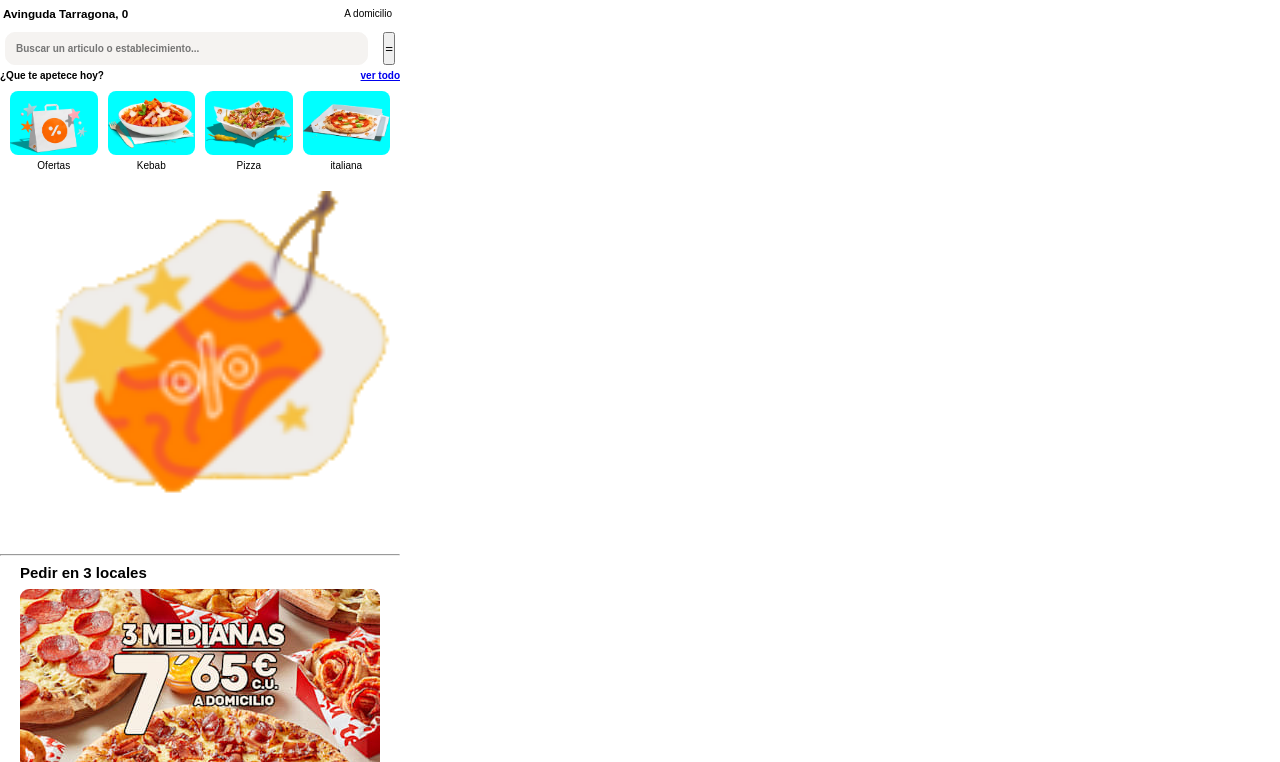
Repository: Srpinedaa/justEat
Page: index.html
The author's editor kept a copy of each file at every save. The page is drawn from the files as they stood at one save, then again after a run of saves.
The browser window is 1280 px wide. The pictures show the part of the page from y = 0 to 762 px (the page is 1348 px tall).
A picture or video elsewhere on the page could not be fetched, so the positions and the page height are approximate.

Above is the page before, as saved 2024-10-02 16:56:51.

### index.html
<!DOCTYPE html>
<html lang="en">

<head>
    <meta charset="UTF-8">
    <meta name="viewport" content="width=, initial-scale=1.0">
    <title>Just Eat</title>
    <link rel="stylesheet" href="css/estilos.css">
</head>

<body>
    <div id="all">
        <header>
            <div id="navDireccion">
                <h3 class="direccion">Avinguda Tarragona, 0</h3>
                <div class="formaPedido">
                    <p>A domicilio</p>
                </div>
            </div>

            <div id="navBuscador">
                <input type="text" placeholder="Buscar un articulo o establecimiento...">
                <button>=</button>
            </div>
        </header>
        <main>
            <div id="contenido">
                <div id="bloque1">
                    <section class="bloque1Sesion1">
                        <h4>¿Que te apetece hoy?</h4>
                        <h4><a href="#">ver todo</a></h4>
                    </section>
                    <section class="bloque1Sesion2">
                        <div class="fotoComida ofertas">
                            <img src="img/ofertas.png" alt="ofertas">
                            <p>Ofertas</p>
                        </div>
                        <div class="fotoComida kebab">
                            <img src="img/italiana.png" alt="italiana">
                            <p>Kebab</p>
                        </div>
                        <div class="fotoComida kebab1">
                            <img src="img/kebab.png" alt="kebab">
                            <p>Pizza</p>
                        </div>
                        <div class="fotoComida pizza">
                            <img src="img/pizza.png" alt="pizza">
                            <p>italiana</p>
                        </div>
                    </section>
                </div>
                <div id="bloque2">
                    <div id="slideShow">
                        <img src="img/descuento.png" alt="descuentos">
                    </div>
                </div>
                <hr>
                <div id="bloque3">
                    <h2>Pedir en 3 locales</h2>
                    <section class="bloquePedidos">
                        <div class="pedido">
                            <div class="imagenPedido">
                                <img src="img/pizza.jpg" alt="pizza">
                            </div>
                            <div class="informacionPedido">
                                <h5>Telepiza Tarrega</h5>
                                <p>4.0(27) · Pizza, italiana</p>
                                <p>25-40 mins 1.95€ entrega Min 13.95€</p>
                                <p>20% de descuentos en articulos selecionados</p>
                            </div>
                        </div>
                        <div class="pedido">
                            <div class="imagenPedido">
                                <img src="img/kebab1.png" alt="pizza">
                            </div>
                            <div class="informacionPedido">
                                <h5>Bon sabor</h5>
                                <p>4.5(26)</p>
                                <p>Kebab, pizza</p>
                                <p>929 m</p>
                            </div>
                        </div>
                        <div class="pedido">
                            <div class="imagenPedido">
                                <img src="img/kebab2.webp" alt="pizza">
                            </div>
                            <div class="informacionPedido">
                                <h5>Doner Kebab Rey</h5>
                                <p>3.7(3)</p>
                                <p>Kebab, pizza</p>
                                <p>1.6km</p>
                            </div>
                        </div>
                    </section>
                </div>
            </div>
        </main>
        <footer></footer>
    </div>
</body>

</html>

### css/estilos.css
*{
    margin: 0;
    padding: 0;
    box-sizing: border-box;
    font-family: sans-serif;
}

html{
    font-size: 62.5%;
}

#all{
    /* border: 1px solid red; */
    overflow: hidden;
    width: 40rem;

}

#navDireccion{
    /* border: 1px solid green; */
    display: flex;
    justify-content: space-between;
    margin-bottom: 9px;
    padding: 3px;
    align-items: center;
    margin: 0;
}

#navBuscador{
    padding: 5px;
    /* border: 1px solid blue; */
    display: flex;
    justify-content: space-between;
}

#navBuscador input{
    width: 93%;
    border-radius: 1rem;
    padding: 1rem;
    border: 1px solid #f5f3f1;
    background-color: #f5f3f1;
    font-size: 1rem;
    font-weight: bolder;

}

.buscador{
    /* border: 1px solid red; */
    border-radius: 7px;
    padding: 5px;
}


#slideShow{
    width: 100%;
    height: auto;
    margin-bottom: 2rem;
    padding: 5px;
    /* border: 1px solid cadetblue; */
}

#slideShow img{
    width: 100%;
    height: 100%;
}

.formaPedido{
    /* border: 1px solid red; */
    border-radius: 7px;
    padding: 5px;
}

#contenido{
    /* border: 1px solid green; */
}

#bloque1{
    /* border: 1px solid blue; */
    display: flex;
    flex-direction: column;
}

.bloque1Sesion1{
    /* border: 1px solid pink; */
    display: flex;
    justify-content: space-between;
}

.bloque1Sesion2{
    /* border: 1px solid brown; */
    display: flex;
    width: 100%;
    justify-content: space-between;
    padding: 5px;
}

.fotoComida{
    width: 20rem;
    height: auto;
    padding: 5px;
    display: flex;
    flex-direction: column;
    align-items: center;
}

.fotoComida img{
    width: 100%;
    height: 100%;
    border-radius: 8px;

    background-color: aqua;

    /* border: 1px solid salmon; */
}

.fotoComida p{
    margin: 5px 0;
}

#bloque3{
    margin-top: 8px;
}

#bloque3 h2{
    margin-bottom: 8px;
    margin-left: 2rem;
}

.bloquePedidos{
    /* border: 1px solid blue; */
}

.pedido{
    width: 100%;
    /* border: 1px solid green; */
    display: flex;
    flex-direction: column;
    border-radius: 8px;
    margin-bottom: 8px;
}

.imagenPedido{
    width: 36rem;
    /* border: 1px solid red; */
    display: flex;
    justify-content: center;
    align-items: center;
    height: 18rem;
    overflow: hidden;
    border-top-right-radius: 9px;
    border-top-left-radius: 9px;
    margin: 0 auto;

    /* position: relative; */
}

.informacionPedido{
    width: 36rem;
    /* background-color: wheat; */
    display: flex;
    flex-direction: column;
    flex-wrap: wrap;
    margin: 0 auto;
    padding: 1rem;
    border-bottom-left-radius: 9px;
    border-bottom-right-radius: 9px;
    border: 1px solid #f2f2f2;

}

.informacionPedido h5{
    width: 100%;
}

.informacionPedido p:last-child{
    width: 100%;
}

After the next 2 saves:
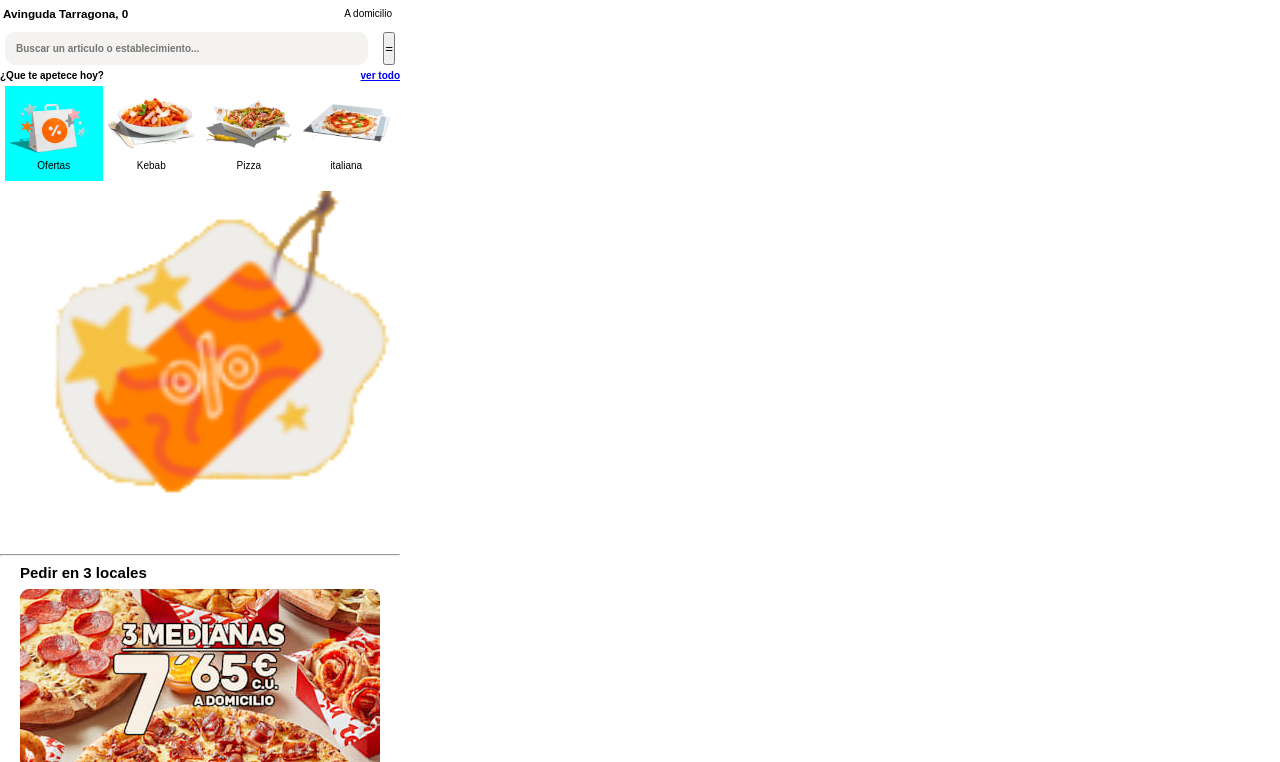
The 2 saves are shown as one change because they came seconds apart.
The last was saved 25 s later.
--- a/css/estilos.css
+++ b/css/estilos.css
@@ -107,10 +107,12 @@
     width: 100%;
     height: 100%;
     border-radius: 8px;
+    /* border: 1px solid salmon; */
+}
 
+.ofertas{
     background-color: aqua;
 
-    /* border: 1px solid salmon; */
 }
 
 .fotoComida p{
